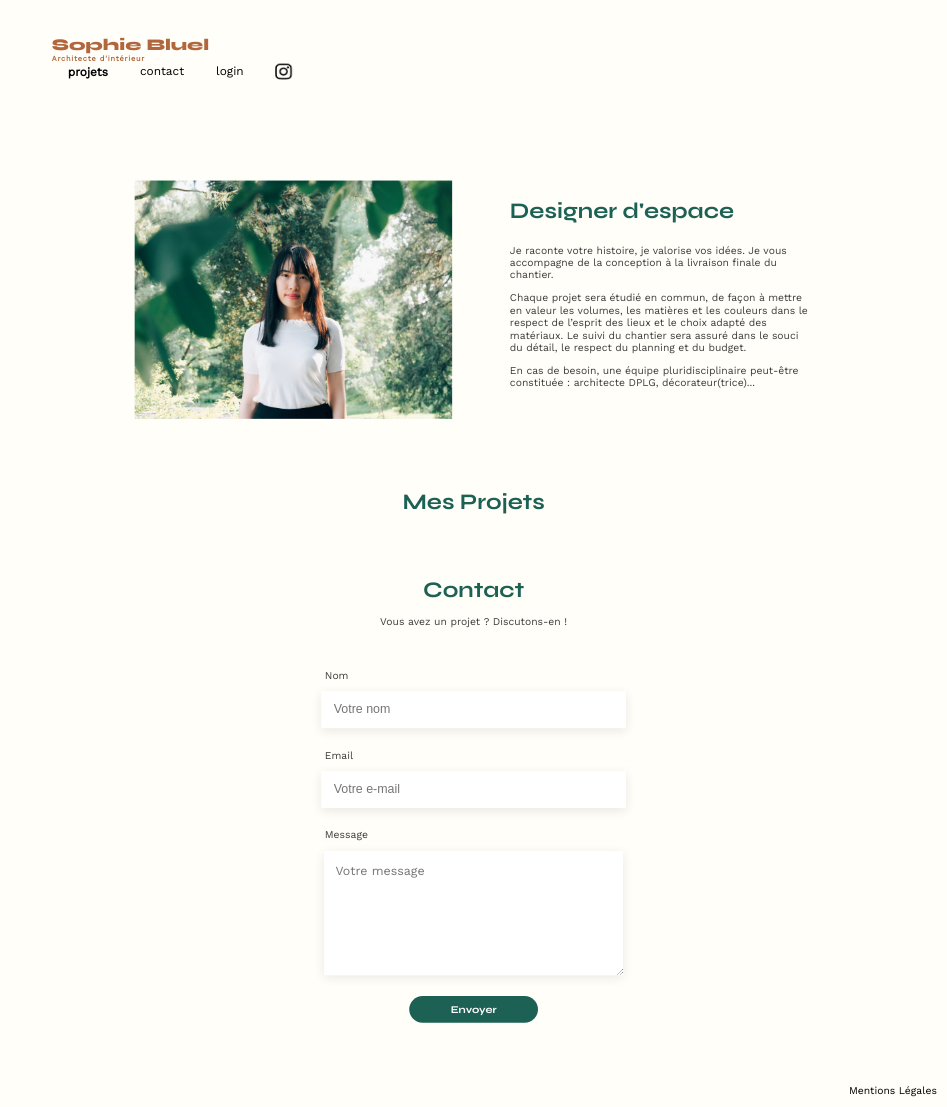
Repository: BlueSoley23/openclassrooms
Page: FrontEnd/index.html
The author's editor kept a copy of each file at every save. The page is drawn from the files as they stood at one save, then again after the next save.
The browser window is 1280 px wide. The pictures show the whole page, at 74% of full size.
The page's requests for data from a server got no answer.

Above is the page before, as saved 2023-12-21 07:35:50.
Console error: TypeError: categories is not iterable

After the next save:
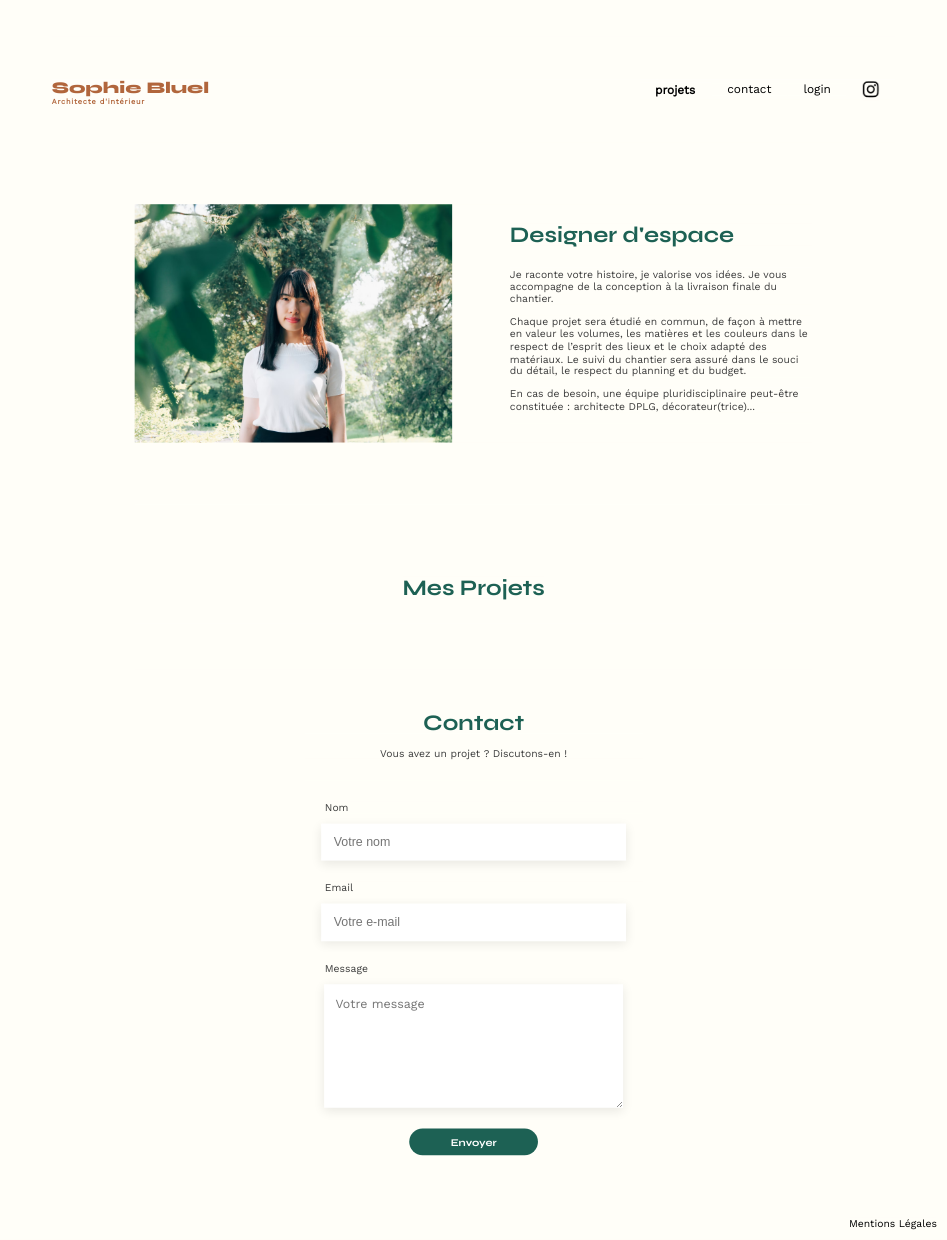
Saved 104 s later.
--- a/FrontEnd/assets/css/style.css
+++ b/FrontEnd/assets/css/style.css
@@ -554,18 +554,18 @@
 		align-items: auto;
 	}
 
-	.header__login {
+	.header {
 		display: flex;
 		flex-direction: column;
 	}
 
-	.header-block-login {
+	.header-block {
 		margin-top: 59px;
 		display: flex;
 		justify-content: space-between;
 	  }
 
-	.portfolio__title--section-login {
+	.portfolio__title--section {
 		display: flex;
 		flex-direction: row;
 		justify-content: center;
@@ -574,7 +574,7 @@
 		margin-bottom: 4.5em;
 	  }
 
-	.modifier-link__content--login {
+	.modifier-link__content {
 	display: flex;
 	flex-direction: row;
 	justify-content: flex-end;
@@ -583,12 +583,12 @@
 	padding-left: 1.5em;
 	}
 
-	.modifier-link__content--title--login {
+	.modifier-link__content--title {
 	margin-left: 0.35em;
 	align-items: flex-end;
 	}
 
-	.modifier-link__content--icon-login {
+	.modifier-link__content--icon {
 	color: #000;
 	}
 
